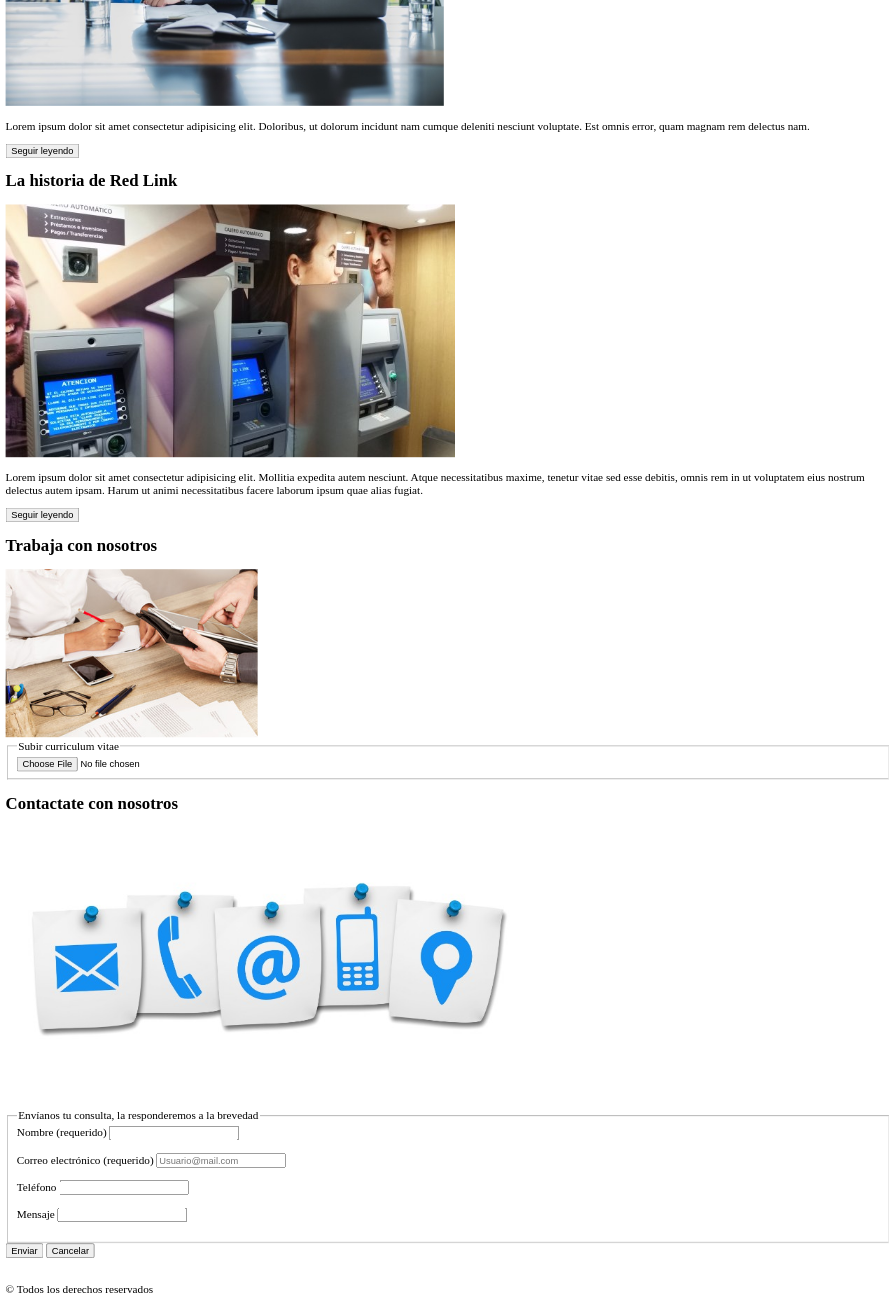
Repository: Juan241/RedLink
Page: index.html
These files come from the project's save history. The page is drawn as it stood at one moment and after the next save; the edit follows.
The browser window is 1280 px wide. The pictures show the part of the page from y = 1343 to 3263 px (the page is 3202 px tall before and 3310 px after), at 70% of full size.

Above is the page before, as saved 2019-07-22 13:31:27.

After the next save:
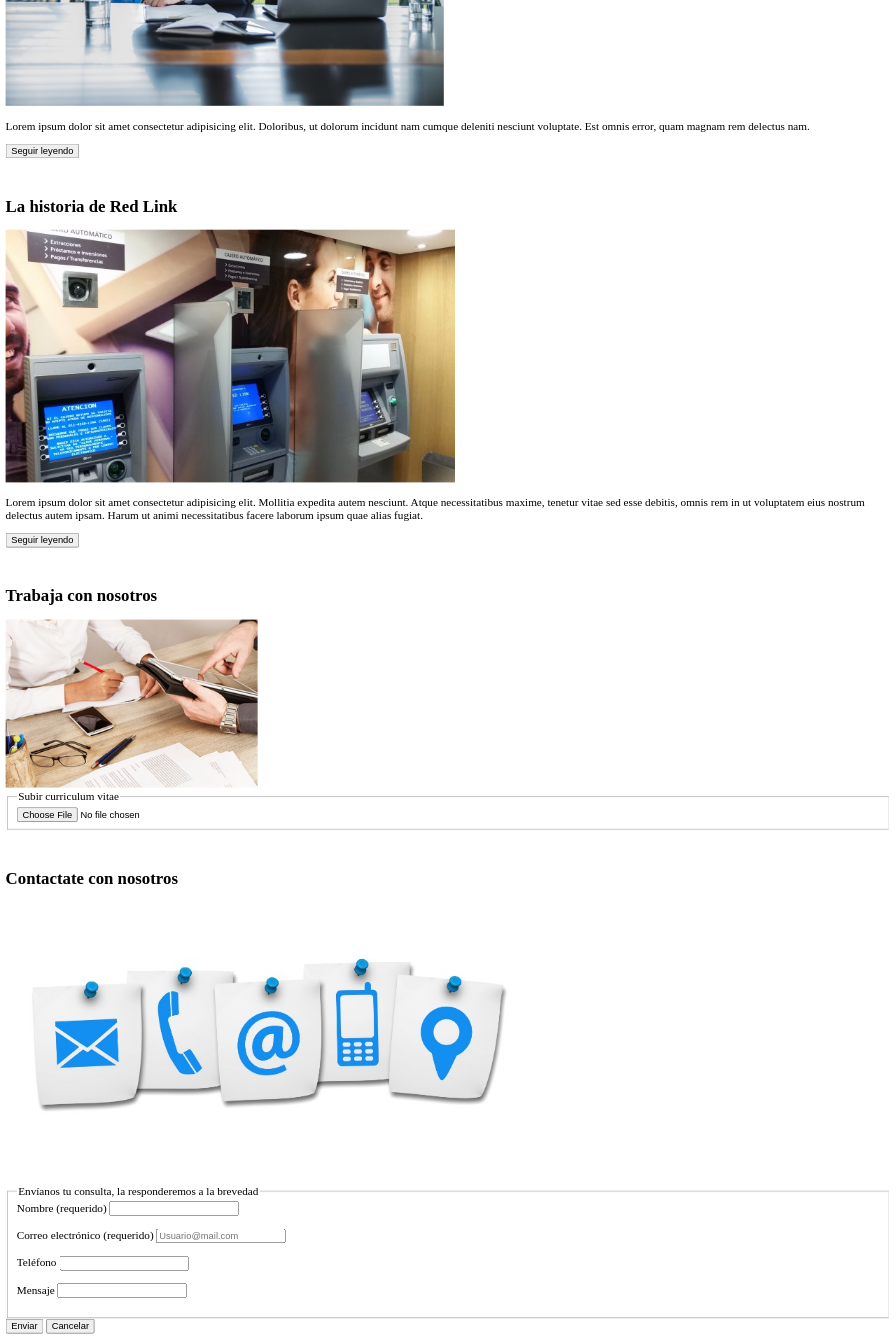
Saved 77 s later.
--- a/index.html
+++ b/index.html
@@ -40,6 +40,8 @@
             </p>
             <input type="button" value="Seguir leyendo"></input>
        </article>
+       <br/>
+       <br/>
    </section>
    <section>
        <article id="Historia">
@@ -51,6 +53,8 @@
             autem ipsam. Harum ut animi necessitatibus facere laborum ipsum quae alias fugiat.</p>
             <input type="button" value="Seguir leyendo">
        </article>
+       <br/>
+       <br/>
    </section>
    <Section id="Trabajo">
        <article>
@@ -61,18 +65,14 @@
                 <input type="file" name="archivo" />
              </fieldset>
        </article>
+       <br/>
+       <br/>
    </Section>
    <section>
        <article id="Contactos">
             <h2>Contactate con nosotros</h2>
             <img src="img/img_4.jpg" alt="contactos">
-            <!--<ol>
-                <li><a href="#">Mensajes</a></li>
-                <li><a href="#">Teléfono de linea</a></li>
-                <li><a href="#">E-Mail</a></li>
-                <li><a href="#">Celular</a></li>
-                <li><a href="#">Dirección</a></li>
-            </ol>-->
+
             <form action="" method="POST">
                 <fieldset class="form-group">
                     <legend>Envíanos tu consulta, la responderemos a la brevedad</legend>
